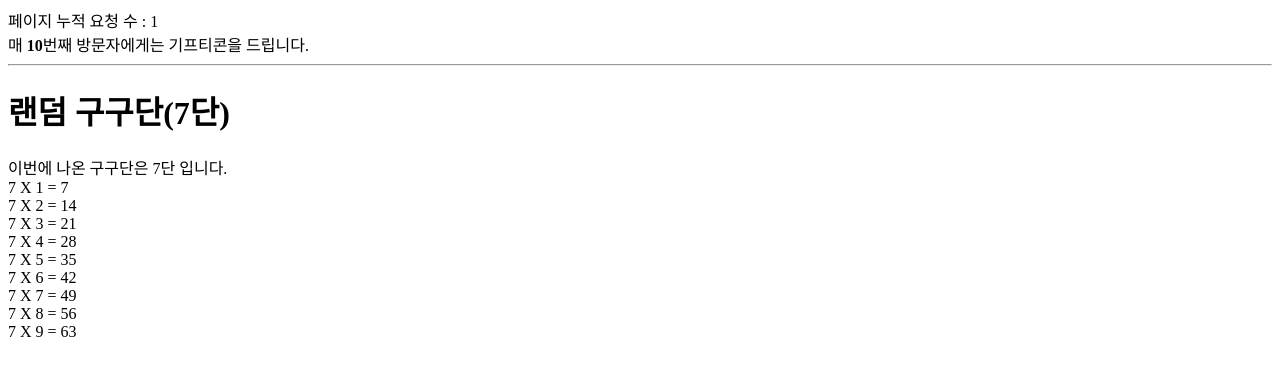
Repository: GITJIWOO/JavaBasic
Page: http://localhost/JSPBasic/Tag_quiz02.jsp
The author's editor kept a copy of each file at every save. The page is drawn from the files as they stood at one save, then again after the next save.
The browser window is 1280 px wide. The pictures show the whole page.
The page is served by Tomcat 9.

Above is the page before, as saved 2021-07-29 07:56:06.

### JSPBasic/WebContent/Tag_quiz02.jsp
<%@ page language="java" contentType="text/html; charset=UTF-8"
    pageEncoding="UTF-8"%>
<%!
	int total = 0;
%>
<!DOCTYPE html>
<html>
<head>
<meta charset="UTF-8">
<title>Insert title here</title>
</head>
<body>
	<%
		total++;
		out.println("페이지 누적 요청 수 : " + total + "<br/>");
		out.println("매 <b>10</b>번째 방문자에게는 기프티콘을 드립니다.<br/>");
		if(total % 10 == 0){
			out.println("당첨되셧습니다!!<br/>");
		}
		out.println("<hr/>");

		int ranNum = (int)((Math.random() * 8) + 2);

		out.println("<h1>랜덤 구구단(" + ranNum + "단)</h1>");
		out.println("이번에 나온 구구단은 " + ranNum + "단 입니다.<br/>");

		for(int i = ranNum; i == ranNum; i++){
			for(int j = 1; j <= 9; j++){
				out.println(i + " X " + j + " = " + (i * j) + "<br/>");
			}
		}
	%>
</body>
</html>

After the next save:
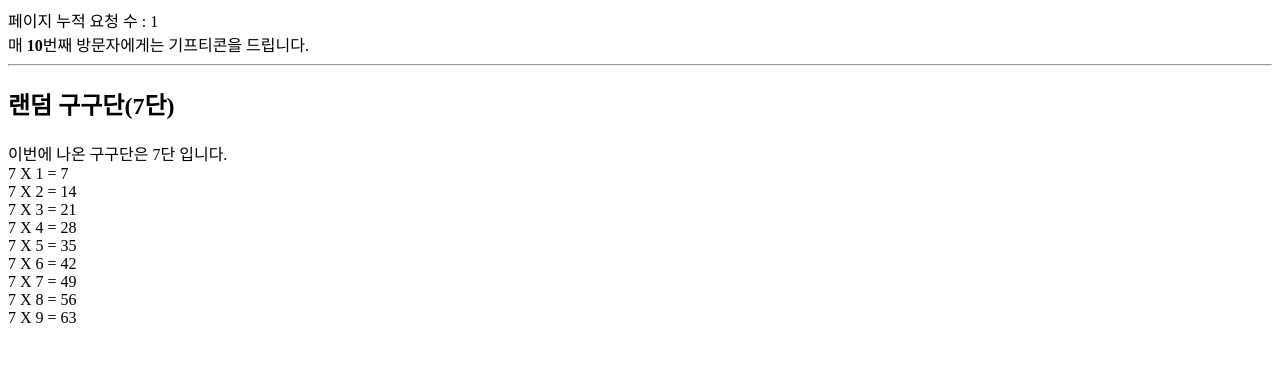
Saved 8 min 48 s later.
--- a/JSPBasic/WebContent/Tag_quiz02.jsp
+++ b/JSPBasic/WebContent/Tag_quiz02.jsp
@@ -21,7 +21,7 @@
 
 		int ranNum = (int)((Math.random() * 8) + 2);
 
-		out.println("<h1>랜덤 구구단(" + ranNum + "단)</h1>");
+		out.println("<h2>랜덤 구구단(" + ranNum + "단)</h2>");
 		out.println("이번에 나온 구구단은 " + ranNum + "단 입니다.<br/>");
 
 		for(int i = ranNum; i == ranNum; i++){
